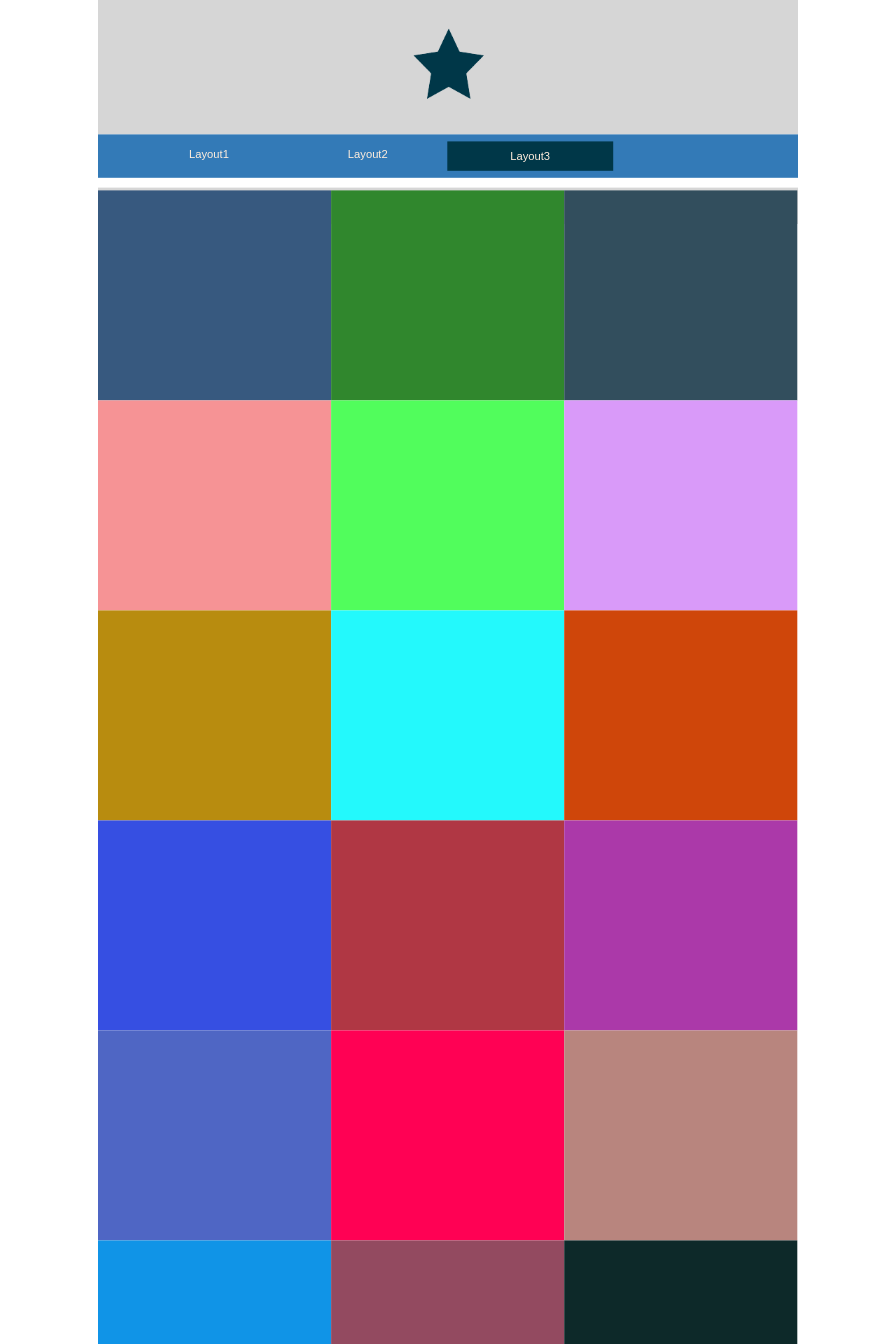
Repository: baliayassin/MyGame
Page: Documents/Aptana Studio 3 Workspace/homeWork2/layOut3.html
An editor plug-in stored every save of this project. The page is shown before and after the next save, followed by the edit.
The browser window is 1280 px wide. The pictures show the part of the page from y = 0 to 1920 px (the page is 3872 px tall before and 3854 px after), at 70% of full size.
Some web libraries are served in a nearby version.

Above is the page before, as saved 2017-12-13 18:50:42.
Not found: Documents/Aptana Studio 3 Workspace/homeWork2/images/plus.png

### Documents/Aptana Studio 3 Workspace/homeWork2/layOut3.html
<!DOCTYPE html >
<html>



	<head>

		<title> HomeWork2</title>
		<link rel="stylesheet" href="includes/style.css" />
		<script
  src="https://code.jquery.com/jquery-3.2.1.min.js"
  integrity="sha256-hwg4gsxgFZhOsEEamdOYGBf13FyQuiTwlAQgxVSNgt4="
  crossorigin="anonymous"></script>

		<meta charset="utf-8" />
	</head>

	<body id="wrapper3">

		<header>
	       <a href="layOut3.html"> </a>
        </header>



         <nav>
				<ul>
					<li> <a href="index.html">Layout1 </a> </li>
					<li> <a href="layOut2.html">Layout2 </a></li>
					<li><span> <a href="layOut3">Layout3 </a> </span></li>

				</ul>


			</nav>
			<article id="boxes">

				 </article>

  <main >
		</main>



		<script src="includes/main.js"></script>
	<div class="clear"></div>
<footer>
	</footer>
	</body>




</html>

### Documents/Aptana Studio 3 Workspace/homeWork2/includes/style.css
*{
	margin:0px;
	padding: 0px;
}

main, nav, aside, footer, section, article, header {
	display:  block;

}

#wrapper {
	margin: 0px auto;
	width: 1000px;
}
#wrapper header{

	height:192px;
	background: #d6d6d6;

}

#wrapper header a{

	width:102px;
	height:102px;
	background-image:url("../images/star.png");
	position:relative;
	display:block;
	margin:0px auto;
	top: 40px;
    background-repeat: no-repeat;


}


#wrapper nav {

	height: 62px;
	background: #337AB7;

}

#wrapper nav ul{

	list-style-type: none;
	text-decoration: none;
	margin-left: 45px;

}

#wrapper nav ul li{

	float:left;

}

#wrapper nav a{

	display: inline-block;
	text-decoration: none;
	color: #ffeedd;
	font-family: Arial;



}

#wrapper nav span a{

	background:#003748;
	margin:10px auto;
	padding:12px 90px;


}
#wrapper nav li > a{

	margin:20px 85px;

}
#wrapper section{
	direction:rtl;
	display: inline-block;
	margin-top: 100px;
	vertical-align: top;


}
#wrapper section article{

	display:block;
	background: #62C462;
	margin-right: 25px;
	margin-left: 32px;
	margin-top: 30px;
}

#wrapper section article:first-child{

	height:121px;
	width:699px;


}
#wrapper section article:nth-child(2){

	height: 200px;
	width: 699px;


}
#wrapper section article:nth-child(3){

	height: 125px;
	width: 186px;


}

#wrapper aside{

	background: #EEEEEE;
	height: 697px;
	width: 240px;
	display: inline-block;

}

#wrapper aside article{

	background: #62C462;
	width:185px;
	height:126px;
	position: relative;
	margin-top: 264px;
	margin-left: 45px;


}

#wrapper footer{

	height:52px;
	background: #D6D6D6;
	margin-top:-4px;

}






/*********************************************************/



#wrapper2 {
	margin: 0px auto;
	width: 1000px;
}
#wrapper2 header{

	height:192px;
	background: #d6d6d6;

}

#wrapper2 header a{

	width:102px;
	height:102px;
	background-image:url("../images/star.png");
	position:relative;
	display:block;
	margin:0px auto;
    top: 40px;
    background-repeat: no-repeat;


}


#wrapper2 nav {

	width:146px;
	height: 759px;
	background: #337AB7;
    float:left;
    display: inline-block;
}




#wrapper2 nav ul {
	list-style-type: none;
}

#wrapper2 nav a{
	display: inline-block;
	text-decoration: none;
	color: #ffeedd;
	font-family: "Arial";
}

#wrapper2 nav li > a{
	margin-top: 6px;
	margin-bottom: 22px;
	margin-left: 6px;
}

#wrapper2 nav span a{
	background-color: #003748;
	padding-top: 18px;
	margin-bottom: 18px;
	padding-bottom: 18px;
	padding-left: 6px;
	width: 140px;
}


#wrapper2 aside{

	float:left;
	background-color: #eeeeee;
	width: 223px;
	height: 759px;
}

#wrapper2 aside article{

	background: #62C462;
	width:77px;
	height:66px;
	position: relative;
	margin-top: 261px;
	margin-left: 11px;


}


#wrapper2 section{

	display: inline-block;
	margin-top: 23px;



}

#wrapper2 section article:first-child{

	background:#62C462;
	margin-left:5px;
	height:508px;
	width:190px;
	float: left;


}

#wrapper2 section article:nth-child(2){

	background:#62C462;
	margin-left:30px;
	height:323px;
	width:190px;
	float:left;

}

#wrapper2 section article:nth-child(3){

	background:#62C462;
	margin-left:30px;
	height:123px;
	width:183px;
	float:left;

}


#wrapper2 section article p{

	background:#62C462;
	margin-left:220px;
	height:400px;
	width:190px;
	margin-top:345px;
	float:left
}


#wrapper2 footer{
	height: 52px;
	width: 1000px;
	position: fixed;
	bottom: 0px;
	background-color: #d6d6d6;
}

/*******************************************************/
#boxes{
	width:1000px;
	display: inline-block;

}


#wrapper3 {
	margin: 0px auto;
	width: 1000px;
}
#wrapper3 header{

	height:192px;
	background: #d6d6d6;

}

#wrapper3 header a{

	width:102px;
	height:102px;
	background-image:url("../images/star.png");
	position:relative;
	display:block;
	margin:0px auto;
	top: 40px;
    background-repeat: no-repeat;


}


#wrapper3 nav {

	height: 62px;
	background: #337AB7;

}

#wrapper3 nav ul{

	list-style-type: none;
	text-decoration: none;
	margin-left: 45px;

}

#wrapper3 nav ul li{

	float:left;

}

#wrapper3 nav a{

	display: inline-block;
	text-decoration: none;
	color: #ffeedd;
	font-family: Arial;



}

#wrapper3 nav span a{

	background:#003748;
	margin:10px auto;
	padding:12px 90px;


}
#wrapper3 nav li > a{

	margin:20px 85px;

}



.square{


	width: 333px;
	height:348px;
	float:left;

}

.star{

	background: url("images/white_star.png");

}

#wrapper3 article img{

	margin-left: 100px;
	margin-top: 100px;
}

#wrapper3 footer{

	height:52px;
	background: #D6D6D6;
	margin-top:-4px;

}

 #wrapper3 .box{
    float:left;
    width:33.3%;
    height: 300px;
    cursor: pointer;

   }



  #wrapper3 .box.plus{
            background: url(../images/plus.png) center no-repeat;
        }




  #wrapper3 .box.star {



.clear{

	clear: both;
}

### Documents/Aptana Studio 3 Workspace/homeWork2/includes/main.js
$("document").ready(function () {
    addBoxsToMain();

    $("main").on("click", ".box:not(.plus)", showStar); //works on dynamic elements!
    $(".box.plus").click(addRec);
})


function createSection() {
    var newSect = $("<section/>");
    newSect.addClass("box");
    var color='#' + (0x1000000 + (Math.random()) * 0xffffff).toString(16).substr(1, 6);
    newSect.css("background-color", color);
    return newSect;
}



function addBoxsToMain() {
    var i;
    for (i = 0; i < 36; i++) {
        $("main").append(createSection());
    }


    $("main section:last").addClass("plus");
}


function addRec() {
    $("main").prepend(createSection());
}

function showStar() {

    $(this).toggleClass("star");
}

After the next save:
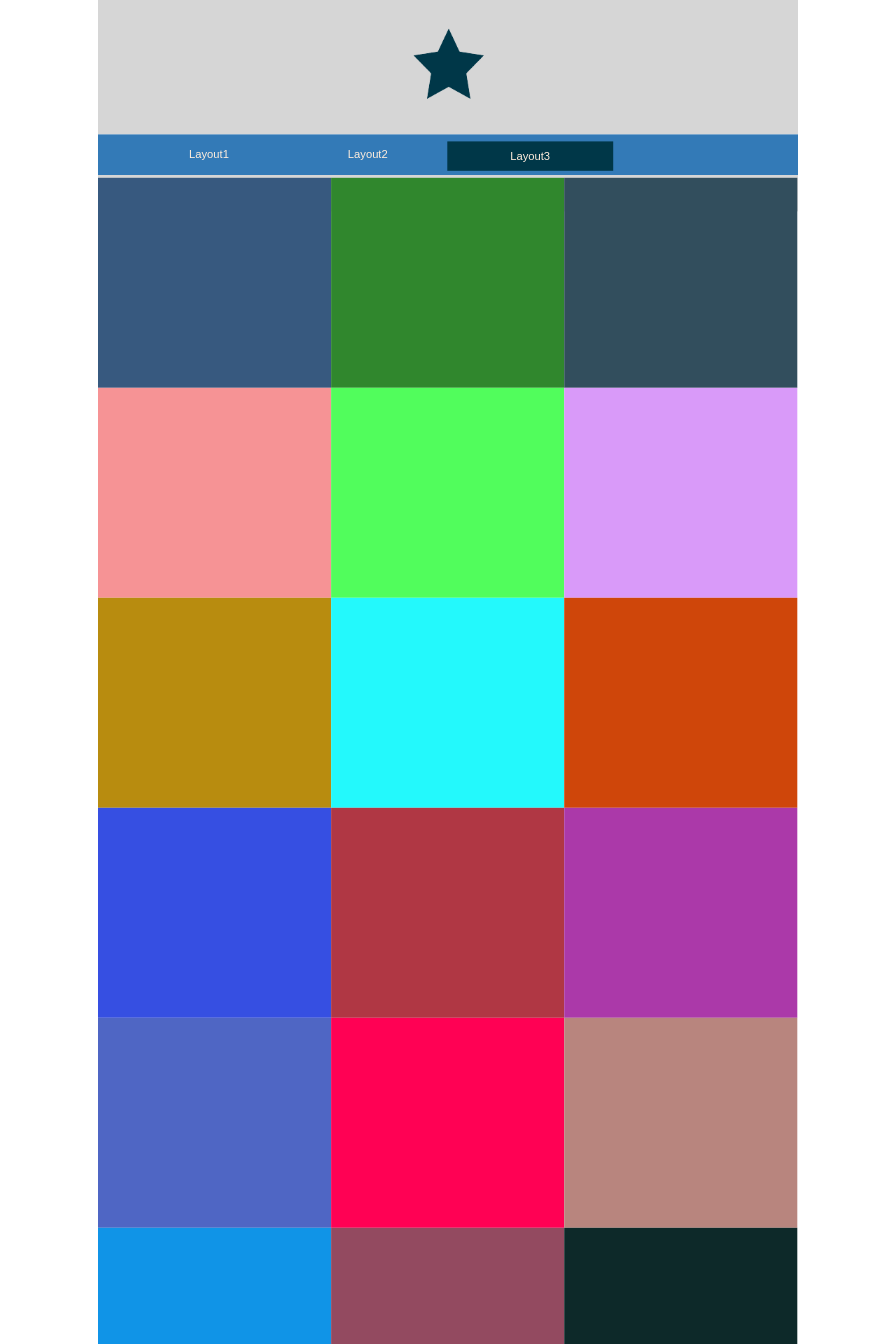
Saved 98 s later.
--- a/Documents/Aptana Studio 3 Workspace/homeWork2/layOut3.html
+++ b/Documents/Aptana Studio 3 Workspace/homeWork2/layOut3.html
@@ -11,7 +11,7 @@
   src="https://code.jquery.com/jquery-3.2.1.min.js"
   integrity="sha256-hwg4gsxgFZhOsEEamdOYGBf13FyQuiTwlAQgxVSNgt4="
   crossorigin="anonymous"></script>
-
+		<script src="includes/main.js"></script>
 		<meta charset="utf-8" />
 	</head>
 
@@ -33,16 +33,14 @@
 
 
 			</nav>
-			<article id="boxes">
 
-				 </article>
 
   <main >
 		</main>
 
 
 
-		<script src="includes/main.js"></script>
+
 	<div class="clear"></div>
 <footer>
 	</footer>
